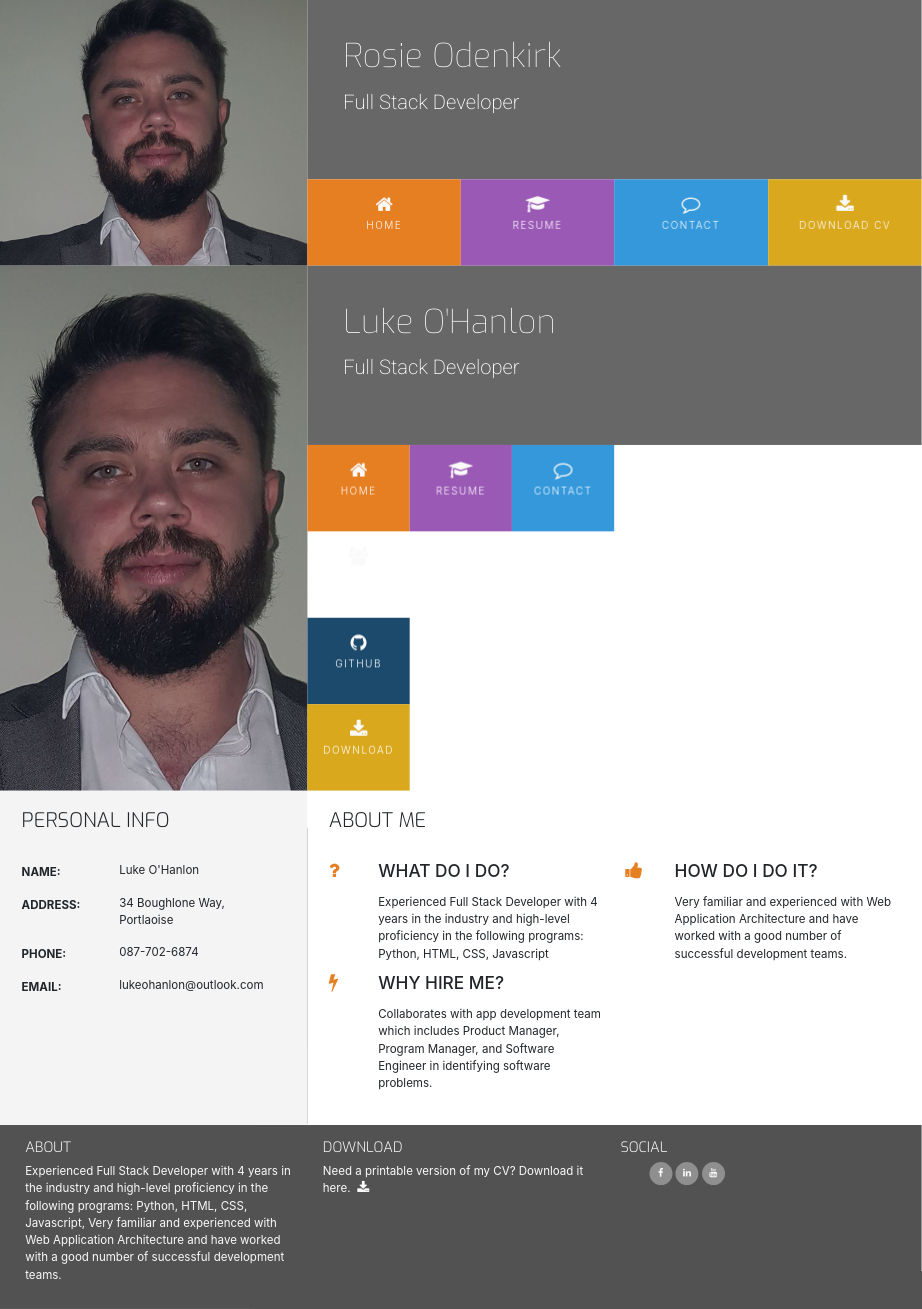
Repository: luke0han/my-resume
Page: index.html
The author's editor kept a record of every edit. The page is drawn from the files as they stood at one moment, then again after the next edit.
The browser window is 1280 px wide. The pictures show the whole page, at 72% of full size.

Above is the page before.

### index.html
<!DOCTYPE html>
<html lang="en">

<head>
    <meta charset="UTF-8">
    <meta name="viewport" content="width=device-width, initial-scale=1.0">
    <meta http-equiv="X-UA-Compatible" content="ie=edge">
    <link rel="stylesheet" href="https://stackpath.bootstrapcdn.com/bootstrap/4.3.1/css/bootstrap.min.css" type="text/css" />
    <link rel="stylesheet" href="https://stackpath.bootstrapcdn.com/font-awesome/4.7.0/css/font-awesome.min.css">
    <link href="https://fonts.googleapis.com/css?family=Lato:300,400&display=swap" rel="stylesheet">
    <link rel="stylesheet" href="https://cdnjs.cloudflare.com/ajax/libs/hover.css/2.3.1/css/hover-min.css" type="text/css" />
    <link rel="stylesheet" href="assets/css/style.css">
    <title>Luke O'Hanlon</title>
</head>

<body>
   <header>
        <div class="row no-gutters">
            <a class="col-md-4 logo" href="02-index.html"></a>
            <div class="col-md-8">
                <div class="row no-gutters bg-color-name-title">
                    <div class="col heading">
                        <h1 class="name">Rosie Odenkirk</h1>
                        <h2 class="title"> Full Stack Developer</h2>
                    </div>
                </div>
                <div class="row no-gutters">
                    <div class="col">
                        <ul id="nav" class="list-inline menucontainer">
                            <li class="col-6 col-sm-3 list-inline-item ui-menu-color-home menuitem">
                                <a href="index.html" class="hvr-sweep-to-bottom"><i class="fa fa-home" aria-hidden="true"></i><span>Home</span></a>
                            </li>
                            <li class="col-6 col-sm-3 list-inline-item ui-menu-color-resume menuitem">
                                <a href="resume.html" class="hvr-sweep-to-bottom"><i class="fa fa-graduation-cap" aria-hidden="true"></i><span>Resume</span></a>
                            </li>
                            <li class="col-6 col-sm-3 list-inline-item ui-menu-color-contact menuitem">
                                <a href="contact.html" class="hvr-sweep-to-bottom"><i class="fa fa-comment-o" aria-hidden="true"></i><span>Contact</span></a>
                            </li>
                            <li class="col-6 col-sm-3 list-inline-item ui-menu-color-download menuitem">
                                <a href="assets/cv/sample-cv.pdf" target="_blank" class="hvr-sweep-to-bottom"><i class="fa fa-download" aria-hidden="true"></i><span>Download CV</span></a>
                            </li>
                        </ul>
                    </div>
                </div>
            </div>
        </div>
    </header>
        <div class="row no-gutters">
            <a href="index.html" class="col-md-4 logo">

            </a>
            <div class="col-md-8">
                <div class="row no-gutters bg-color-name-title">
                    <div class="col heading">
                        <h1 class="name">Luke O'Hanlon</h1>
                        <h2 class="title">Full Stack Developer</h2>
                    </div>
                </div>
                <div class="row no-gutters">
                    <div class="col">
                        <ul id="nav" class="list-inline menucontainer">
                            <li class="col-xs-6 col-sm-2 ui-menu-color-home list-inline-item menuitem">
                                <a href="index.html" class="hvr-sweep-to-bottom"><i class="fa fa-home" aria-hidden="true"></i><span>Home</span></a>
                            </li>
                            <li class="col-xs-6 col-sm-2 ui-menu-color-resume list-inline-item menuitem">
                                <a href="resume.html" class="hvr-sweep-to-bottom"><i class="fa fa-graduation-cap" aria-hidden="true"></i><span>Resume</span></a>
                            </li>
                            <li class="col-xs-6 col-sm-2 ui-menu-color-contact list-inline-item menuitem">
                                <a href="contact.html" class="hvr-sweep-to-bottom"><i class="fa fa-comment-o" aria-hidden="true"></i><span>Contact</span></a>
                            </li>
                            <li class="col-xs-6 col-sm-2 ui-menu-color-interests menuitem">
                                <a href="interests.html" class="hvr-sweep-to-bottom"><i class="fa fa-users" aria-hidden="true"></i><span>Interests</span></a>
                            </li>
                            <li class="col-xs-6 col-sm-2 ui-menu-color-github menuitem">
                                <a href="github.html" class="hvr-sweep-to-bottom"><i class="fa fa-github" aria-hidden="true"></i><span>GitHub</span></a>
                            </li>
                            <li class="col-xs-6 col-sm-2 ui-menu-color-download list-inline-item menuitem">
                                <a href="assets/cv/sample-cv.pdf" target="_blank" class="hvr-sweep-to-bottom"><i class="fa fa-download" aria-hidden="true"></i><span>Download</span></a>
                            </li>
                        </ul>
                    </div>
                </div>
            </div>
        </div>
    </header>
    <section class="container-fluid">
        <div class="row">
            <div class="col-md-4 bg-color-personal-info section-column">
                <div class="row">
                    <div class="col-12">
                        <h3 class="section-heading uppercase">Personal Info</h3>
                    </div>
                </div>
                <div class="personal-info-item">
                    <div class="key">
                        <p class="uppercase">
                            Name:
                        </p>
                    </div>
                    <div class="value">
                        <p>
                            Luke O'Hanlon
                        </p>

                    </div>
                </div>
                <div class="personal-info-item">
                    <div class="key">
                        <p class="uppercase">
                            Address:
                        </p>
                    </div>
                    <div class="value">
                        <p>
                            34 Boughlone Way, Portlaoise
                        </p>
                    </div>
                </div>
                <div class="personal-info-item">
                    <div class="key">
                        <p class="uppercase">
                            Phone:
                        </p>
                    </div>
                    <div class="value">
                        <p>
                            087-702-6874
                        </p>
                    </div>
                </div>
                <div class="personal-info-item">
                    <div class="key">
                        <p class="uppercase">
                            Email:
                        </p>
                    </div>
                    <div class="value">
                        <p>
                            lukeohanlon@outlook.com
                        </p>
                    </div>
                </div>
            </div>
            <div class="col-md-8 bg-color-three-reasons section-column">
                <div class="row">
                    <div class="col">
                        <h3 class="section-heading uppercase">About me</h3>
                    </div>
                </div>
                <div class="row">
                    <div class="col-10 offset-1 offset-sm-0 col-sm-4 col-md-6">
                        <div class="row">
                            <div class="col-2">
                                <i class="three-reasons-icon fa fa-question" aria-hidden="true"></i>
                            </div>
                            <div class="col-10">
                                <h4 class="three-reasons-heading uppercase">What do I do?</h4>
                                <p>Experienced Full Stack Developer with 4 years in the industry and high-level proficiency in the following programs: Python, HTML, CSS, Javascript</p>
                            </div>
                        </div>
                    </div>
                    <div class="col-10 offset-1 offset-sm-0 col-sm-4 col-md-6">
                        <div class="row">
                            <div class="col-2">
                                <i class="three-reasons-icon fa fa-thumbs-up" aria-hidden="true"></i>
                            </div>
                            <div class="col-10">
                                <h4 class="three-reasons-heading uppercase">How do I do it?</h4>
                                <p>Very familiar and experienced with Web Application Architecture and have worked with a good number of successful development teams.</p>
                            </div>

                        </div>
                    </div>
                    <div class="col-10 offset-1 offset-sm-0 col-sm-4 col-md-6">
                        <div class="row">
                            <div class="col-2">
                                <i class="three-reasons-icon fa fa-bolt" aria-hidden="true"></i>
                            </div>
                            <div class="col-10">
                                <h4 class="three-reasons-heading uppercase">Why hire me?</h4>
                                <p>Collaborates with app development team which includes Product Manager, Program Manager, and Software Engineer in identifying software problems.</p>
                            </div>

                        </div>
                    </div>
                </div>
            </div>
        </div>

    </section>
    <footer class="container-fluid">
        <div id="footer-details" class="row">
            <div class="col-sm-4">
                <h5 class="uppercase general-sub">About</h5>
                <p class="inline-block">
                    Experienced Full Stack Developer with 4 years in the industry and high-level proficiency in the following programs: Python, HTML, CSS, Javascript, Very familiar and experienced with Web Application Architecture and have worked with a good number of successful
                    development teams.
                </p>
            </div>
            <div class="col-sm-4">
                <h5 class="uppercase general-sub">Download</h5>
                <p class="inline-block">
                    Need a printable version of my CV? Download it here.
                    <a href="assets/cv/sample-cv.pdf" target="_blank" class="cv-pdf">
                        <i class="fa fa-download" aria-hidden="true"></i>
                        <span class="sr-only">Download link.</span>
                    </a>
                </p>
            </div>
            <div class="col-sm-4">
                <h5 class="uppercase general-sub">Social</h5>
                <ul class="list-inline-block social-links">
                    <li class="list-inline-item">
                        <a target="_blank" href="#">
                            <i class="fa fa-facebook" aria-hidden="true"></i>
                            <span class="sr-only">Facebook.</span>
                        </a>
                    </li>
                    <li class="list-inline-item">
                        <a target="_blank" href="#">
                            <i class="fa fa-linkedin" aria-hidden="true"></i>
                            <span class="sr-only">Linkedin.</span>
                        </a>
                    </li>
                    <li class="list-inline-item">
                        <a target="_blank" href="#">
                            <i class="fa fa-youtube" aria-hidden="true"></i>
                            <span class="sr-only">YouTube.</span>
                        </a>
                    </li>
                </ul>
            </div>
        </div>
    </footer>
</body>

</html>

### assets/css/style.css
@import url('https://fonts.googleapis.com/css?family=Lato:300,400|Roboto:100,200,300,400,500,600,700|Exo:100,200,300,400,500,600,700');
/*****************************************COLORS***************************************/

.bg-color-name-title {
    background-color: #676767;
}

.bg-color-three-reasons{
    background-color: #fff;
}
.ui-menu-color-home {
    background-color: #e67e22;
}

.ui-menu-color-resume {
    background-color: #9b59b6;
}

.ui-menu-color-contact {
    background-color: #3498db;
}

.ui-menu-color-download {
    background-color: #525252;
}

.bg-color-personal-info {
    background-color: #f4f4f4;
}

.bg-color-work-history {
    background-color: #9b59b6;
}

.ui-menu-color-download {
    background-color: #d9a81d;
}


.ui-menu-color-github {
    background-color: #1c4a6c;
}

/*****************************************Special paddings/margins/text***************************************/

h1,
h2,
h3,
h4 {
    margin: 0;
}

.uppercase {
    text-transform: uppercase;
}

.general-sub {
    font-family: "Exo", sans-serif;
    font-weight: 300;
    color: #fafafa;
}

.inline-block {
    display: inline-block;
}

.row-table {
    display: table;
}

.section-column {
    display: table-cell;
    padding: 0 30px 30px;
    float: none;
}
.history-heading,
.section-heading {
    font-family: "Exo", sans-serif;
    font-weight: 300;
    margin-top:25px;
    margin-bottom: 40px;
}

/*****************************************HEADING***************************************/

header {
    margin: 0;
}

.heading {
    margin-left: 50px;
}

.logo {
    background: url("../images/luke.jpg");
    background-position: center;
    background-repeat: no-repeat;
    background-size: cover;
    min-height: 360px;
    transition: all .5s ease-in-out;
    -moz-transition: all .5s ease-in-out;
    -webkit-transition: all .5s ease-in-out;
}

.name {
    font-family: "Exo", sans-serif;
    font-weight: 100;
    font-size: 46px;
    margin-top: 50px;
    color: #fff;
}

.title {
    font-family: "Roboto", sans-serif;
    font-weight: 200;
    font-size: 28px;
    margin-top: 20px;
    margin-bottom: 90px;
    color: #fff;
}

.list-inline-item:not(:last-child) {
    margin: 0;
}

.menucontainer {
    font-size: 0;
}

#nav {
    margin: 0;
}

#nav li {
    font-size: 14px;
    padding: 0;
}

.menuitem {
    height: 120px;
    text-align: center;
    padding: 0;
}

.menuitem a {
    width: 100%;
    text-decoration: none;
    color: #fff;
    height: 120px;
}

.menuitem a i {
    padding-top: 22px;
    display: block;
    color: #fafafa;
    font-size: 26px;
}

.menuitem span {
    display: block;
    width: 100%;
    padding-top: 5px;
    text-align: center;
    text-transform: uppercase;
    font-size: 14px;
    font-weight: 300;
    letter-spacing: 2px;
}

/*****************************************HOVER.CSS***************************************/

.hvr-sweep-to-bottom:before {
    background: rgba(0, 0, 0, 0.2);
    height: 120px;
}

/*****************************************Footer***************************************/

footer {
    background-color: #525252;
    color: #fafafa;
    min-height: 120px;
    margin: 0;
}

.cv-pdf i {
    font-size: 18px;
    color:#fafafa;
    text-align: center;
    padding-left: 5px;
    transition: all 0.35s ease-in-out;
    -moz-transition: all 0.35s ease-in-out;
    -webkit-transition: all 0.35s ease-in-out;
    -o-transition: all 0.35s ease-in-out;
}

.cv-pdf i:hover {
    color: #e84610;
}

.social-links {
    padding-bottom: 15px;
}

.social-links li a i {
    width: 32px;
    height: 32px;
    padding: 12px 0;
    border-radius: 50%;
    font-size: 13px;
    line-height: 7px;
    text-align: center;
    color:#fafafa;
    background: #8f8f8f;
    transition: all 0.35s ease-in-out;
    -moz-transition: all 0.35s ease-in-out;
    -webkit-transition: all 0.35s ease-in-out;
    -o-transition: all 0.35s ease-in-out;
}

.social-links li a i:hover {
    background-color: #e84610;
}

#footer-details {
    padding: 20px;
}

/*****************************************Three Reasons***************************************/

.three-reasons-icon {
    font-size:26px;
    color:#e67e22;
}

.three-reasons-heading {
    margin-bottom: 15px;
}

/*****************************************Personal Info***************************************/

.personal-info-item {
    margin-bottom: 20px;
    display: block;
    clear: both;
}

.personal-info-item .key,
.personal-info-item .value {
    padding-right: 8px;
    display: inline-block;
}

.personal-info-item .key p,
.personal-info-item .value p {
    margin:0;
}

.personal-info-item .key {
    width:30%;
    margin-right: 21px;
    padding-top:2px;
    vertical-align: top;
}

.personal-info-item .key p {
    font-weight: 700;
}

.personal-info-item .value {
    position: relative;
    width:60%;
}

/*****************************************Skills***************************************/

.progress {
    position: relative;
    height: 25px;
    margin-bottom: 4px;
}

.progress-type {
    position: absolute;
    left: 0px;
    font-weight: 400;
    padding: 3px 30px 2px 10px;
    color: #fafafa;
    background-color: rgba(25, 25, 25, 0.2);
}

.progress-section {
    margin: 40px 20px;
}

/*****************************************Work History***************************************/

.history-heading {
    color: #fafafa;
    margin-bottom: 50px;
}

.timeline-item {
    padding: 4em 2em 0em 2em;
    position: relative;
    color: #fafafa;
    border-left: 1px solid;
}

.timeline-item p {
    padding: 0;
    margin: 0;
}

.timeline-item:before {
    content: attr(data-dates);
    position: absolute;
    left: 2.5em;
    top: 3em;
    display: block;
    font-family: "Exo", sans-serif;
    font-weight: 500;
    font-size: 0.8em;
    padding: 0;
    margin: 0;
}

.timeline-item:after {
    width: 12px;
    height: 12px;
    display: block;
    top: 2.4em;
    position: absolute;
    left: -6px;
    border-radius: 12px;
    content: '';
    background: #fafafa;
}

.history-items {
    margin-bottom: 30px;
}

/*****************************************Contact Form***************************************/

.contact-heading {
    font-family: "Exo", sans-serif;
    font-weight: 300;
    margin-top: 25px;
    margin-bottom: 20px;
}

.center-form {
    padding-top: 10px;
    margin: 0 auto;
    max-width: 70%;
}

button[type="submit"] {
    margin-top: 15px;
    margin-bottom: 20px;
    color: #fafafa;
    background-color: #e84610;
}

/*****************************************Media Queries***************************************/

@media(min-width: 992px) {
    .center-form {
        padding-top: 30px;
        min-height: 240px;
        margin: 0 auto;
        max-width: 50%;
    }
}

After the next edit:
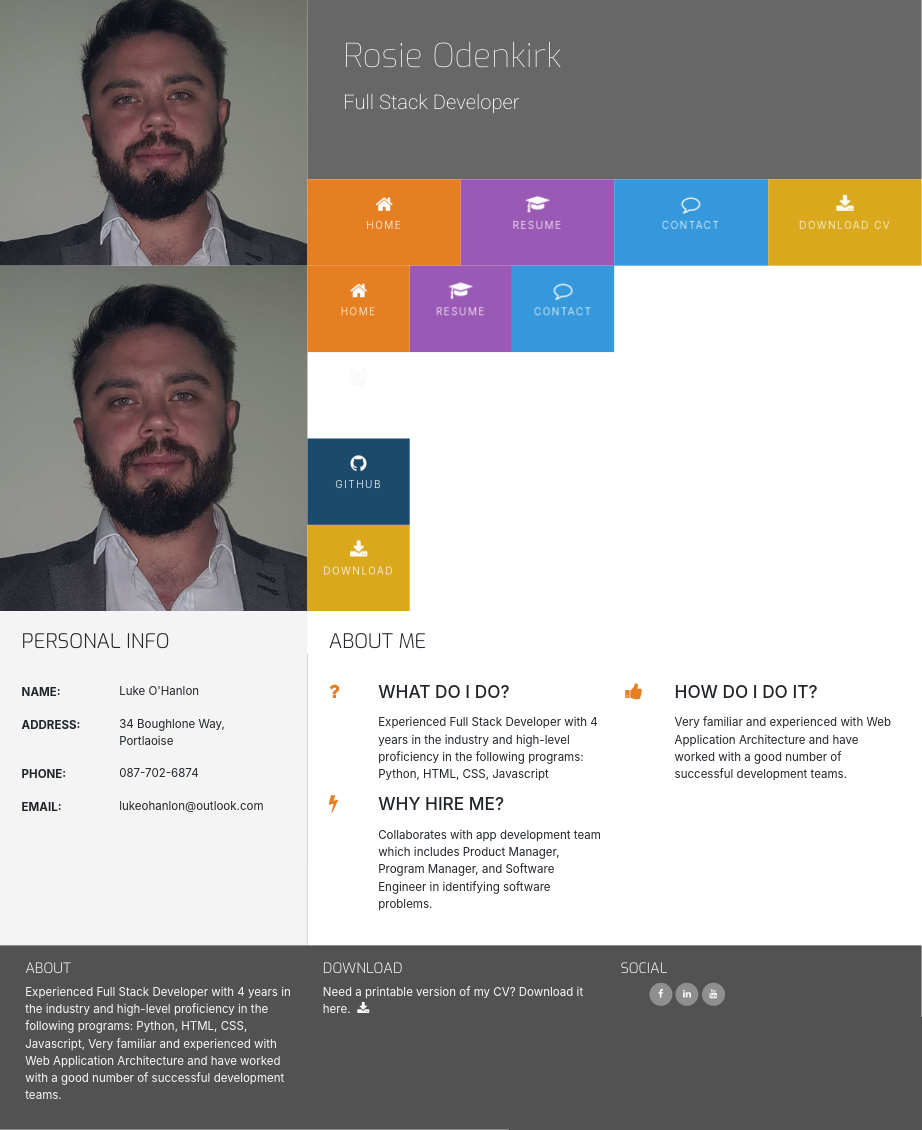
The edit:
--- a/index.html
+++ b/index.html
@@ -51,10 +51,7 @@
             </a>
             <div class="col-md-8">
                 <div class="row no-gutters bg-color-name-title">
-                    <div class="col heading">
-                        <h1 class="name">Luke O'Hanlon</h1>
-                        <h2 class="title">Full Stack Developer</h2>
-                    </div>
+
                 </div>
                 <div class="row no-gutters">
                     <div class="col">
